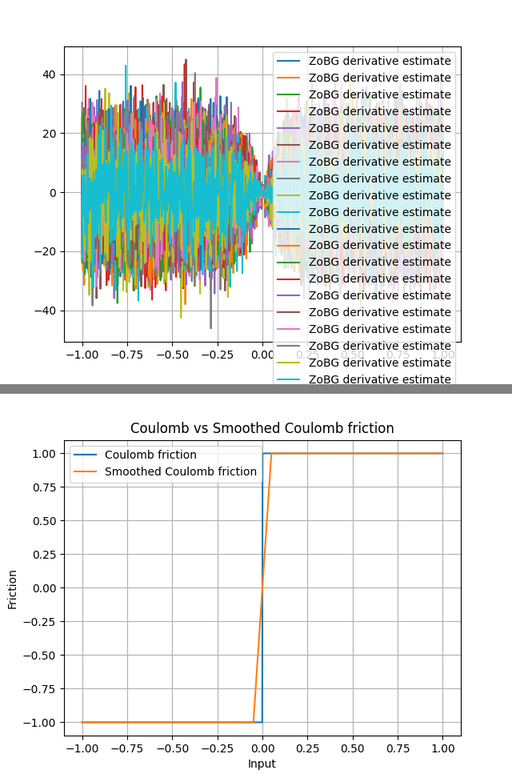
Repository: oomcth/Gradient-smoothing
Script's output: python test.py
These files come from the project's save history. The script's output is drawn as it stood at one moment and after the next save; the edit follows.
The pictures are shown at 80% of full size.
Each picture stacks the figures in order, with grey between them; figures that are only written to a file come last. Random numbers start from a fixed seed.

Above is the script's output before, as saved 2025-11-21 17:03:39.

### test.py
import numpy as np
import matplotlib.pyplot as plt

rng = np.random.default_rng()
sigma = 0.1
t = 0.1


def coulomb_friction(x):
    return -1 if x < 0 else 1


def smoothed_coulomb_friction(x, t):
    assert t > 0
    return -1 if x < -t / 2 else 1 if x > t / 2 else 2 * x / t


def visualize_coulomb(t):
    x = np.linspace(-1, 1, 1000)
    y1 = np.array([coulomb_friction(l) for l in x])
    y2 = np.array([smoothed_coulomb_friction(l, t) for l in x])

    plt.plot(x, y1, label="Coulomb friction")
    plt.plot(x, y2, label="Smoothed Coulomb friction")

    plt.legend()
    plt.xlabel("Input")
    plt.ylabel("Friction")
    plt.title("Coulomb vs Smoothed Coulomb friction")
    plt.grid(True)
    plt.show()


def zo_gradient(f, x, M=100):
    x = np.array([x], dtype=float)
    omegas = rng.normal(loc=0.0, scale=sigma, size=M)
    xs = x + omegas

    f_vals = np.array([f(float(xi)) for xi in xs])
    glp = -omegas / sigma**2
    print(f_vals.shape)
    print(glp.shape)

    integrand = -(f_vals[:, None] * glp)
    return integrand.mean(axis=0).squeeze()


def visualize_coulomb_derivatives(t):
    x = np.linspace(-1, 1, 1000)

    y = np.array(
        [
            zo_gradient(
                coulomb_friction,
                l,
            )
            for l in x
        ]
    )

    plt.plot(x, y, label="ZoBG derivative estimate")
    plt.legend()
    plt.grid(True)
    plt.show()


# Run tests
visualize_coulomb_derivatives(t)
visualize_coulomb(t)

After the next save:
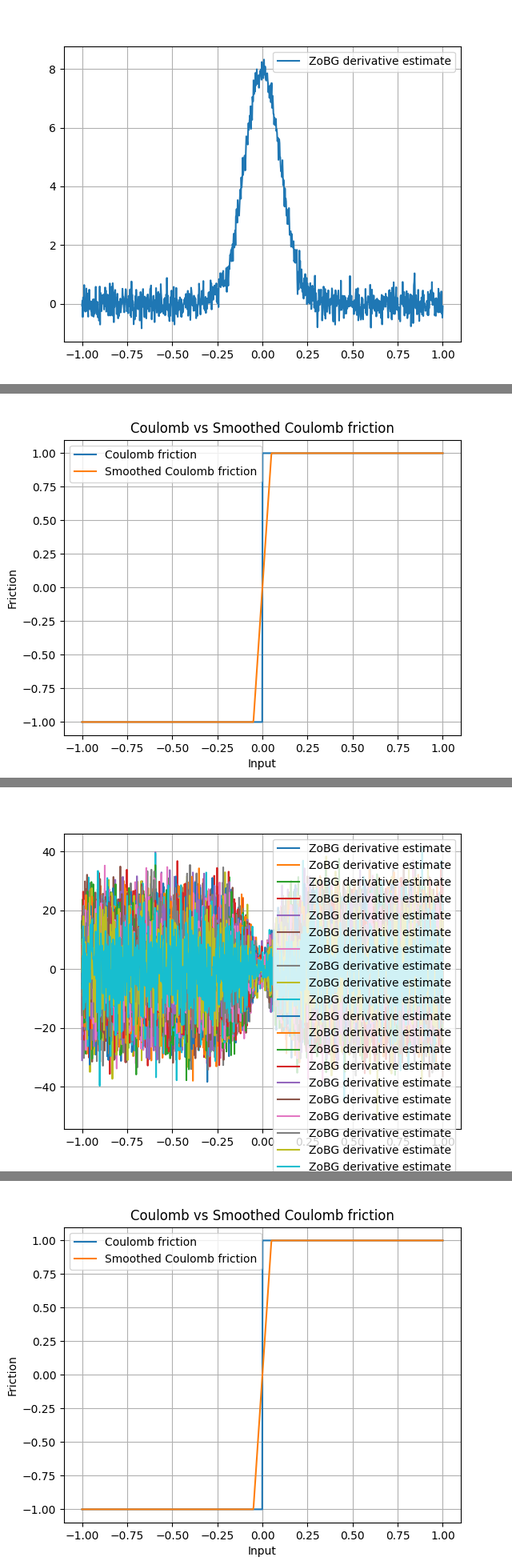
Saved 7 s later.
--- a/test.py
+++ b/test.py
@@ -1,3 +1,80 @@
+import numpy as np
+import matplotlib.pyplot as plt
+
+
+def coulomb_friction(x):
+    return -1 if x < 0 else 1
+
+
+def smoothed_coulomb_friction(x, t):
+    assert t > 0
+    return -1 if x < -t / 2 else 1 if x > t / 2 else 2 * x / t
+
+
+def visualize_coulomb(t):
+    x = np.linspace(-1, 1, 1000)
+    y1 = np.array([coulomb_friction(l) for l in x])
+    y2 = np.array([smoothed_coulomb_friction(l, t) for l in x])
+
+    plt.plot(x, y1, label="Coulomb friction")
+    plt.plot(x, y2, label="Smoothed Coulomb friction")
+
+    plt.legend()
+    plt.xlabel("Input")
+    plt.ylabel("Friction")
+    plt.title("Coulomb vs Smoothed Coulomb friction")
+    plt.grid(True)
+    plt.show()
+
+
+def gaussian_sampler_factory(sigma, d):
+    def sampler(M, rng):
+        return rng.normal(loc=0.0, scale=sigma, size=(M, d))
+
+    return sampler
+
+
+def gaussian_grad_logp_factory(sigma):
+    def grad_log_p(omegas):
+        return -omegas / (sigma**2)
+
+    return grad_log_p
+
+
+def zo_gradient(f, x, sample_omega, grad_log_p, M=1000, rng=None):
+    if rng is None:
+        rng = np.random.default_rng()
+
+    x = np.array([x], dtype=float)  # ensure np array
+    omegas = sample_omega(M, rng)  # (M, d)
+    xs = x + omegas  # broadcast
+
+    f_vals = np.array([f(float(xi)) for xi in xs])  # list → float
+    glp = grad_log_p(omegas)
+
+    integrand = -(f_vals[:, None] * glp)
+    return integrand.mean(axis=0).squeeze()  # return scalar if d=1
+
+
+def visualize_coulomb_derivatives(t):
+    sigma = t
+    x = np.linspace(-1, 1, 1000)
+    sampler = gaussian_sampler_factory(sigma, 1)
+    grad_log_p = gaussian_grad_logp_factory(sigma)
+
+    y = np.array([zo_gradient(coulomb_friction, l, sampler, grad_log_p) for l in x])
+
+    plt.plot(x, y, label="ZoBG derivative estimate")
+    plt.legend()
+    plt.grid(True)
+    plt.show()
+
+
+# Run tests
+visualize_coulomb_derivatives(0.1)
+visualize_coulomb(0.1)
+
+
 import numpy as np
 import matplotlib.pyplot as plt
 
